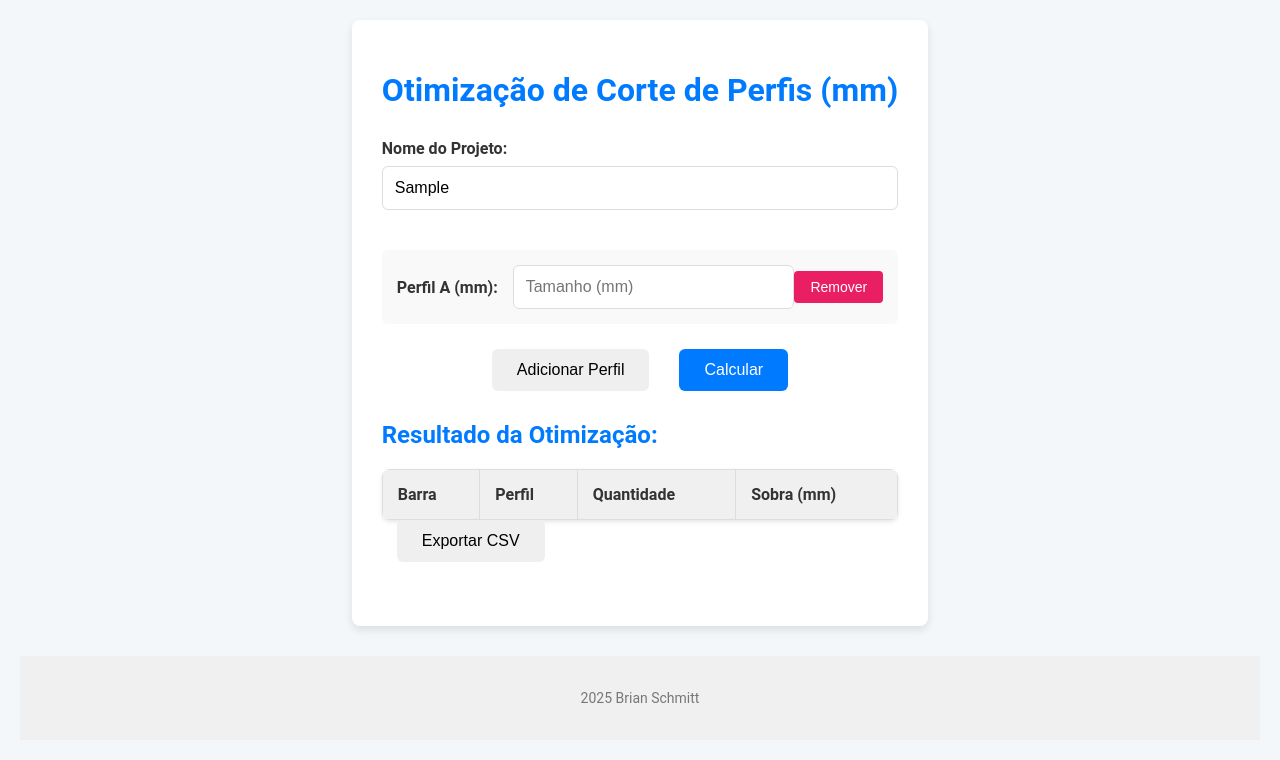
Repository: brianbebop/aqui
Page: index.html
These files come from the project's save history. The page is drawn as it stood at one moment and after the next save; the edit follows.
The browser window is 1280 px wide. The pictures show the whole page.
Empty fields were first filled with sample values (such as "Sample", 5 or name@example.com).
After loading, the first visible `#adicionarPerfil` was clicked once.

Above is the page before, as saved 2025-03-23 16:48:25.

### index.html
<!DOCTYPE html>
<html lang="pt-br">
<head>
    <title>Otimização de Corte de Perfis (mm)</title>
    <meta charset="UTF-8">
    <meta name="viewport" content="width=device-width, initial-scale=1.0">
    <link rel="stylesheet" href="style.css">
</head>
<body>
    <div class="container">
        <h1 class="page-title">Otimização de Corte de Perfis (mm)</h1>
        <div class="project-info">
            <label for="nomeProjeto" class="form-label">Nome do Projeto:</label>
            <input type="text" id="nomeProjeto" class="form-input" placeholder="Digite o nome do projeto">
        </div>
        <div id="perfis" class="perfis-container">
            <!-- Perfis serão adicionados dinamicamente aqui -->
        </div>
        <div class="button-container">
            <button id="adicionarPerfil" class="btn btn-add-perfil">Adicionar Perfil</button>
            <button id="calcular" class="btn btn-calculate">Calcular</button>
        </div>
        <div id="resultado" class="result-container">
            <h2 class="result-title">Resultado da Otimização:</h2>
            <table id="resumoBarras" class="result-table">
                <thead>
                    <tr>
                        <th class="table-header">Barra</th>
                        <th class="table-header">Perfil</th>
                        <th class="table-header">Quantidade</th>
                        <th class="table-header">Sobra (mm)</th>
                    </tr>
                </thead>
                <tbody>
                    <!-- Resultados serão inseridos aqui dinamicamente -->
                </tbody>
            </table>
            <button id="exportarCSV" class="btn btn-export">Exportar CSV</button>
        </div>
    </div>

    <footer class="footer">
        <p>2025 Brian Schmitt</p>
    </footer>

    <script src="script.js"></script>
</body>
</html>

### style.css
:root {
    --primary-color: #007bff;
    --background-color: #f4f4f4;
    --text-color: #333;
    --border-color: #ddd;
}
/* Estilos gerais */
body {
    font-family: 'Roboto', sans-serif;
    margin: 0;
    padding: 20px;
    background-color: #f4f7f9;
    color: #333;
    display: flex;
    flex-direction: column;
    min-height: 100vh;
    margin: 0;
}

.container {
    max-width: 800px;
    margin: 0 auto;
    background-color: white;
    padding: 30px;
    border-radius: 8px;
    box-shadow: 0 4px 8px rgba(0, 0, 0, 0.1);
    flex-grow: 1;
}

.page-title {
    text-align: center;
    color: #007bff;
    margin-bottom: 30px;
}

.project-info {
    margin-bottom: 25px;
}

.form-label {
    display: block;
    margin-bottom: 8px;
    font-weight: 600;
}

.form-input {
    width: 100%;
    padding: 12px;
    border: 1px solid #ddd;
    border-radius: 6px;
    margin-bottom: 15px;
    box-sizing: border-box;
    font-size: 16px;
}

.perfis-container {
    margin-bottom: 25px;
}

.perfil {
    margin-bottom: 15px;
    display: flex;
    align-items: center;
    background-color: #f9f9f9;
    padding: 15px;
    border-radius: 6px;
}

.perfil label {
    margin-right: 15px;
    font-weight: 600;
}

.perfil input {
    flex-grow: 1;
    padding: 12px;
    border: 1px solid #ddd;
    border-radius: 6px;
    font-size: 16px;
}

.button-container {
    display: flex;
    justify-content: center;
    margin-bottom: 30px;
}

.btn {
    padding: 12px 25px;
    border: none;
    border-radius: 6px;
    cursor: pointer;
    margin: 0 15px;
    font-size: 16px;
    transition: background-color 0.3s ease;
}

.btn-calculate {
    background-color: #007bff;
    color: white;
}

.btn-calculate:hover {
    background-color: #0056b3;
}

.result-container {
    margin-top: 30px;
}

.result-title {
    font-size: 24px;
    margin-bottom: 20px;
    color: #007bff;
}

.result-table {
    width: 100%;
    border-collapse: collapse;
    border-radius: 8px;
    overflow: hidden;
    box-shadow: 0 2px 4px rgba(0, 0, 0, 0.1);
}

.table-header,
.result-table td {
    border: 1px solid #ddd;
    padding: 15px;
    text-align: left;
}

.table-header {
    background-color: #f0f0f0;
    font-weight: 600;
}

/* Estilos responsivos */
@media (max-width: 600px) {
    .perfil {
        flex-direction: column;
        align-items: stretch;
    }

    .perfil label {
        margin-right: 0;
        margin-bottom: 8px;
    }

    .button-container {
        flex-direction: column;
        align-items: center;
    }

    .btn {
        margin: 8px 0;
        width: 100%;
    }

    .table-header,
    .result-table td {
        font-size: 14px;
    }
}

.remover-perfil {
    background-color: #e91e63; /* Cor de fundo semelhante ao botão "Calcular" */
    color: white;
    border: none;
    padding: 8px 16px;
    border-radius: 4px;
    cursor: pointer;
    font-size: 14px;
    transition: background-color 0.3s ease;
}

.remover-perfil:hover {
    background-color: #c2185b; /* Cor de fundo mais escura no hover */
}
.footer {
    text-align: center;
    padding: 20px;
    background-color: #f0f0f0;
    margin-top: 30px;
    font-size: 14px;
    color: #777;

}
div:empty,
p:empty {
    display: none;
}

@media (max-width: 1024px) {
    .container {
        max-width: 90%;
        padding: 20px;
    }

    .button-container {
        flex-direction: column;
        align-items: stretch;
    }

    .btn {
        width: 100%;
        margin: 8px 0;
    }
}

### script.js
const perfisDiv = document.getElementById('perfis');
const adicionarPerfilButton = document.getElementById('adicionarPerfil');
const calcularButton = document.getElementById('calcular');
const resultadoDiv = document.getElementById('resultado');
const resumoBarrasTabela = document.getElementById('resumoBarras').getElementsByTagName('tbody')[0];
const nomeProjetoInput = document.getElementById('nomeProjeto');
const exportarCSVButton = document.getElementById('exportarCSV');

let perfis = [];
let contadorPerfil = 0;

const tamanhoBarra = 6000;

function calcularOtimizacao() {
    const perfisComTamanho = perfis
        .filter(perfil => perfil.input.value !== '')
        .map(perfil => ({
            id: perfil.id,
            tamanho: parseInt(perfil.input.value)
        }));

    // Separar perfis menores e maiores que 6000mm
    let perfisGrandes = perfisComTamanho.filter(p => p.tamanho > tamanhoBarra);
    let perfisPequenos = perfisComTamanho.filter(p => p.tamanho <= tamanhoBarra);

    let barras = [];

    // Primeiro, processar perfis grandes (acima de 6000mm)
    for (let perfil of perfisGrandes) {
        let tamanhoRestante = perfil.tamanho;
        while (tamanhoRestante > 0) {
            const tamanhoBarraAtual = Math.min(tamanhoBarra, tamanhoRestante);
            barras.push({ perfis: [{ ...perfil, tamanho: tamanhoBarraAtual }], espacoLivre: tamanhoBarra - tamanhoBarraAtual });
            tamanhoRestante -= tamanhoBarraAtual;
        }
    }

    // Ordenar perfis menores de forma decrescente para otimização (FFD)
    perfisPequenos.sort((a, b) => b.tamanho - a.tamanho);

    // Alocar perfis menores usando First Fit Decreasing (FFD)
    for (let perfil of perfisPequenos) {
        let colocado = false;

        for (let barra of barras) {
            if (barra.espacoLivre >= perfil.tamanho) {
                barra.perfis.push(perfil);
                barra.espacoLivre -= perfil.tamanho;
                colocado = true;
                break;
            }
        }

        // Se não couber em nenhuma barra existente, criar uma nova
        if (!colocado) {
            barras.push({ perfis: [perfil], espacoLivre: tamanhoBarra - perfil.tamanho });
        }
    }

    // Exibir o resultado na tabela
    resumoBarrasTabela.innerHTML = '';
    barras.forEach((barra, index) => {
        const novaLinha = resumoBarrasTabela.insertRow();
        const colunaBarra = novaLinha.insertCell(0);
        const colunaPerfis = novaLinha.insertCell(1);
        const colunaSobra = novaLinha.insertCell(2);

        colunaBarra.textContent = `Barra ${index + 1}`;
        colunaPerfis.textContent = barra.perfis.map(perfil => `${perfil.id} (${perfil.tamanho}mm)`).join(', ');
        colunaSobra.textContent = `${barra.espacoLivre} mm`;
    });
}

adicionarPerfilButton.addEventListener('click', () => {
    const perfilId = String.fromCharCode(65 + contadorPerfil);
    const perfilDiv = document.createElement('div');
    perfilDiv.classList.add('perfil');
    perfilDiv.innerHTML = `
        <label for="perfil-${perfilId}">Perfil ${perfilId} (mm):</label>
        <input type="number" id="perfil-${perfilId}" placeholder="Tamanho (mm)">
        <button class="remover-perfil">Remover</button>
    `;
    perfisDiv.appendChild(perfilDiv);
    perfis.push({ id: perfilId, input: perfilDiv.querySelector('input') });
    contadorPerfil++;

    // Adiciona o evento de clique para o botão "Remover"
    const removerButton = perfilDiv.querySelector('.remover-perfil');
    removerButton.addEventListener('click', () => {
        perfis = perfis.filter(perfil => perfil.id !== perfilId);
        perfilDiv.remove();
        calcularOtimizacao(); // Recalcula automaticamente após remover o perfil
    });
});

calcularButton.addEventListener('click', () => {
    calcularOtimizacao();
});



exportarCSVButton.addEventListener('click', () => {
    const nomeProjeto = nomeProjetoInput.value || 'Otimizacao_Corte_Perfis';
    const nomeArquivo = `${nomeProjeto}.csv`;

    let csvContent = 'Barra,Perfis,Sobra (mm)\r\n'; // Cabeçalho CSV
    const linhasTabela = resumoBarrasTabela.rows;
    for (let i = 0; i < linhasTabela.length; i++) {
        const linha = linhasTabela[i];
        const colunas = linha.cells;
        const linhaCSV = `${colunas[0].textContent},"${colunas[1].textContent}",${colunas[2].textContent}\r\n`;
        csvContent += linhaCSV;
    }

    const blob = new Blob([csvContent], { type: 'text/csv;charset=utf-8;' });
    const link = document.createElement('a');
    if (navigator.msSaveBlob) { // IE 10+
        navigator.msSaveBlob(blob, nomeArquivo);
    } else {
        const url = URL.createObjectURL(blob);
        link.href = url;
        link.setAttribute('download', nomeArquivo);
        link.style.visibility = 'hidden';
        document.body.appendChild(link);
        link.click();
        document.body.removeChild(link);
    }
});

After the next save:
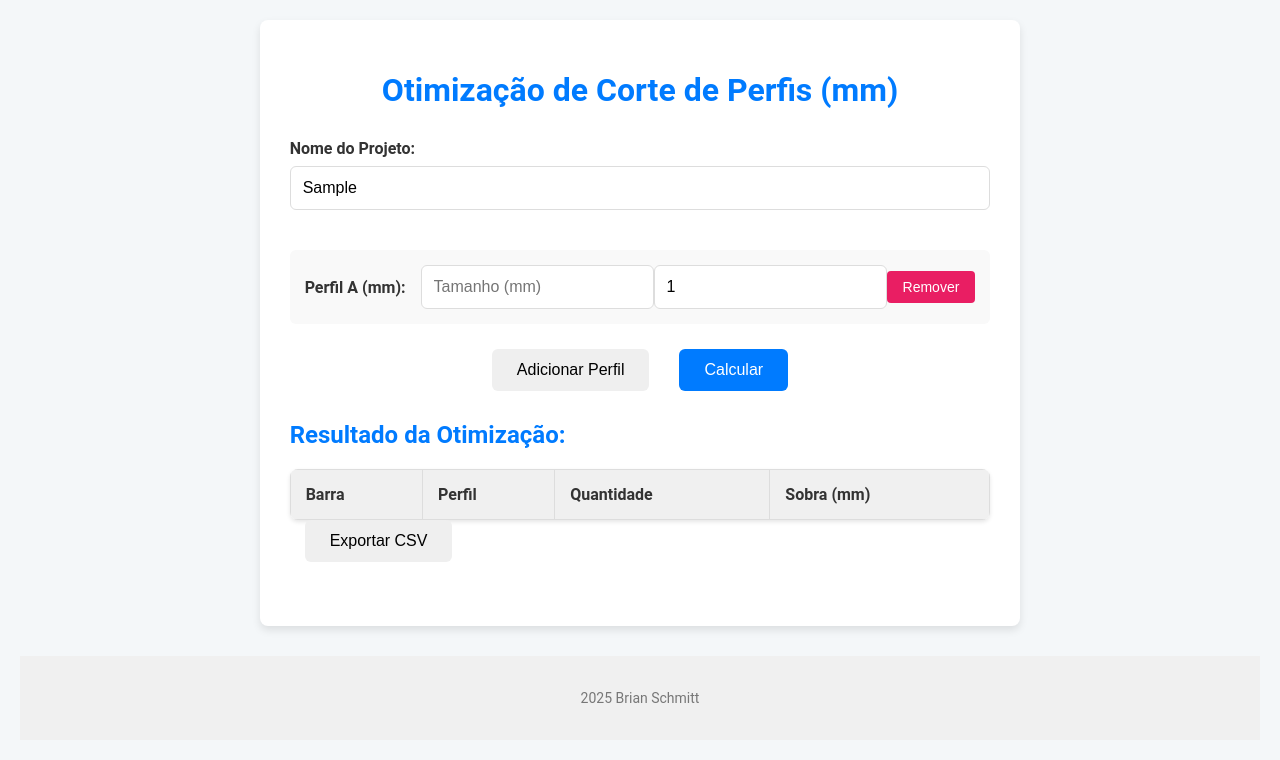
Saved 6 min 44 s later.
--- a/script.js
+++ b/script.js
@@ -9,55 +9,90 @@ const exportarCSVButton = document.getElementById('exportarCSV');
 let perfis = [];
 let contadorPerfil = 0;
 
-const tamanhoBarra = 6000;
+function calcularOtimizacao() {
+    const tamanhoBarra = 6000;
+    const perfisComTamanho = perfis
+        .filter(perfil => perfil.input.value !== '' && perfil.quantidade.value !== '')
+        .flatMap(perfil =>
+            Array.from({ length: parseInt(perfil.quantidade.value) }, () => ({
+                id: perfil.id,
+                tamanho: parseInt(perfil.input.value)
+            }))
+        );
 
-function calcularOtimizacao() {
-    const perfisComTamanho = perfis
-        .filter(perfil => perfil.input.value !== '')
-        .map(perfil => ({
-            id: perfil.id,
-            tamanho: parseInt(perfil.input.value)
-        }));
+    function encontrarMelhorCombinacao(perfisRestantes, espacoLivre) {
+        let melhorCombinacao = { perfis: [], sobra: espacoLivre };
 
-    // Separar perfis menores e maiores que 6000mm
-    let perfisGrandes = perfisComTamanho.filter(p => p.tamanho > tamanhoBarra);
-    let perfisPequenos = perfisComTamanho.filter(p => p.tamanho <= tamanhoBarra);
+        function combinar(combinacaoAtual, sobraAtual, indiceAtual) {
+            if (sobraAtual < melhorCombinacao.sobra) {
+                melhorCombinacao = { perfis: combinacaoAtual, sobra: sobraAtual };
+            }
 
-    let barras = [];
+            if (indiceAtual < perfisRestantes.length) {
+                const perfilAtual = perfisRestantes[indiceAtual];
+                if (sobraAtual >= perfilAtual.tamanho) {
+                    combinar(
+                        [...combinacaoAtual, perfilAtual],
+                        sobraAtual - perfilAtual.tamanho,
+                        indiceAtual + 1
+                    );
+                }
+                combinar(combinacaoAtual, sobraAtual, indiceAtual + 1);
+            }
+        }
 
-    // Primeiro, processar perfis grandes (acima de 6000mm)
-    for (let perfil of perfisGrandes) {
-        let tamanhoRestante = perfil.tamanho;
-        while (tamanhoRestante > 0) {
-            const tamanhoBarraAtual = Math.min(tamanhoBarra, tamanhoRestante);
-            barras.push({ perfis: [{ ...perfil, tamanho: tamanhoBarraAtual }], espacoLivre: tamanhoBarra - tamanhoBarraAtual });
-            tamanhoRestante -= tamanhoBarraAtual;
+        combinar([], espacoLivre, 0);
+        return melhorCombinacao;
+    }
+
+    const barras = [];
+    let perfisRestantes = [...perfisComTamanho];
+
+    while (perfisRestantes.length > 0) {
+        let perfilAtual = perfisRestantes.shift();
+
+        if (perfilAtual.tamanho > tamanhoBarra) {
+            let tamanhoRestante = perfilAtual.tamanho;
+            while (tamanhoRestante > 0) {
+                const tamanhoBarraAtual = Math.min(tamanhoBarra, tamanhoRestante);
+                barras.push({ perfis: [{ ...perfilAtual, tamanho: tamanhoBarraAtual }], espacoLivre: tamanhoBarra - tamanhoBarraAtual });
+                tamanhoRestante -= tamanhoBarraAtual;
+            }
+        } else {
+            let barraEncontrada = false;
+            for (let i = 0; i < barras.length; i++) {
+                if (barras[i].espacoLivre >= perfilAtual.tamanho) {
+                    barras[i].perfis.push(perfilAtual);
+                    barras[i].espacoLivre -= perfilAtual.tamanho;
+                    barraEncontrada = true;
+                    break;
+                }
+            }
+            if (!barraEncontrada) {
+                barras.push({ perfis: [perfilAtual], espacoLivre: tamanhoBarra - perfilAtual.tamanho });
+            }
         }
     }
 
-    // Ordenar perfis menores de forma decrescente para otimização (FFD)
-    perfisPequenos.sort((a, b) => b.tamanho - a.tamanho);
-
-    // Alocar perfis menores usando First Fit Decreasing (FFD)
-    for (let perfil of perfisPequenos) {
-        let colocado = false;
-
-        for (let barra of barras) {
-            if (barra.espacoLivre >= perfil.tamanho) {
-                barra.perfis.push(perfil);
-                barra.espacoLivre -= perfil.tamanho;
-                colocado = true;
-                break;
+    let otimizacaoContinua = true;
+    while (otimizacaoContinua) {
+        otimizacaoContinua = false;
+        for (let i = 0; i < barras.length; i++) {
+            if (barras[i].espacoLivre > 0) {
+                const perfisCabiveis = perfisRestantes.filter(perfil => perfil.tamanho <= barras[i].espacoLivre);
+                if (perfisCabiveis.length > 0) {
+                    const melhorCombinacao = encontrarMelhorCombinacao(perfisCabiveis, barras[i].espacoLivre);
+                    if (melhorCombinacao.perfis.length > 0) {
+                        barras[i].perfis = [...barras[i].perfis, ...melhorCombinacao.perfis];
+                        barras[i].espacoLivre = melhorCombinacao.sobra;
+                        perfisRestantes = perfisRestantes.filter(perfil => !melhorCombinacao.perfis.includes(perfil));
+                        otimizacaoContinua = true;
+                    }
+                }
             }
-        }
-
-        // Se não couber em nenhuma barra existente, criar uma nova
-        if (!colocado) {
-            barras.push({ perfis: [perfil], espacoLivre: tamanhoBarra - perfil.tamanho });
         }
     }
 
-    // Exibir o resultado na tabela
     resumoBarrasTabela.innerHTML = '';
     barras.forEach((barra, index) => {
         const novaLinha = resumoBarrasTabela.insertRow();
@@ -78,51 +113,21 @@ adicionarPerfilButton.addEventListener('click', () => {
     perfilDiv.innerHTML = `
         <label for="perfil-${perfilId}">Perfil ${perfilId} (mm):</label>
         <input type="number" id="perfil-${perfilId}" placeholder="Tamanho (mm)">
+        <input type="number" id="quantidade-${perfilId}" placeholder="Quantidade" min="1" value="1">
         <button class="remover-perfil">Remover</button>
     `;
     perfisDiv.appendChild(perfilDiv);
-    perfis.push({ id: perfilId, input: perfilDiv.querySelector('input') });
+    perfis.push({ id: perfilId, input: perfilDiv.querySelector('input[type=number]'), quantidade: perfilDiv.querySelector('input[id^=quantidade]') });
     contadorPerfil++;
 
-    // Adiciona o evento de clique para o botão "Remover"
     const removerButton = perfilDiv.querySelector('.remover-perfil');
     removerButton.addEventListener('click', () => {
         perfis = perfis.filter(perfil => perfil.id !== perfilId);
         perfilDiv.remove();
-        calcularOtimizacao(); // Recalcula automaticamente após remover o perfil
+        calcularOtimizacao();
     });
 });
 
 calcularButton.addEventListener('click', () => {
     calcularOtimizacao();
 });
-
-
-
-exportarCSVButton.addEventListener('click', () => {
-    const nomeProjeto = nomeProjetoInput.value || 'Otimizacao_Corte_Perfis';
-    const nomeArquivo = `${nomeProjeto}.csv`;
-
-    let csvContent = 'Barra,Perfis,Sobra (mm)\r\n'; // Cabeçalho CSV
-    const linhasTabela = resumoBarrasTabela.rows;
-    for (let i = 0; i < linhasTabela.length; i++) {
-        const linha = linhasTabela[i];
-        const colunas = linha.cells;
-        const linhaCSV = `${colunas[0].textContent},"${colunas[1].textContent}",${colunas[2].textContent}\r\n`;
-        csvContent += linhaCSV;
-    }
-
-    const blob = new Blob([csvContent], { type: 'text/csv;charset=utf-8;' });
-    const link = document.createElement('a');
-    if (navigator.msSaveBlob) { // IE 10+
-        navigator.msSaveBlob(blob, nomeArquivo);
-    } else {
-        const url = URL.createObjectURL(blob);
-        link.href = url;
-        link.setAttribute('download', nomeArquivo);
-        link.style.visibility = 'hidden';
-        document.body.appendChild(link);
-        link.click();
-        document.body.removeChild(link);
-    }
-});
